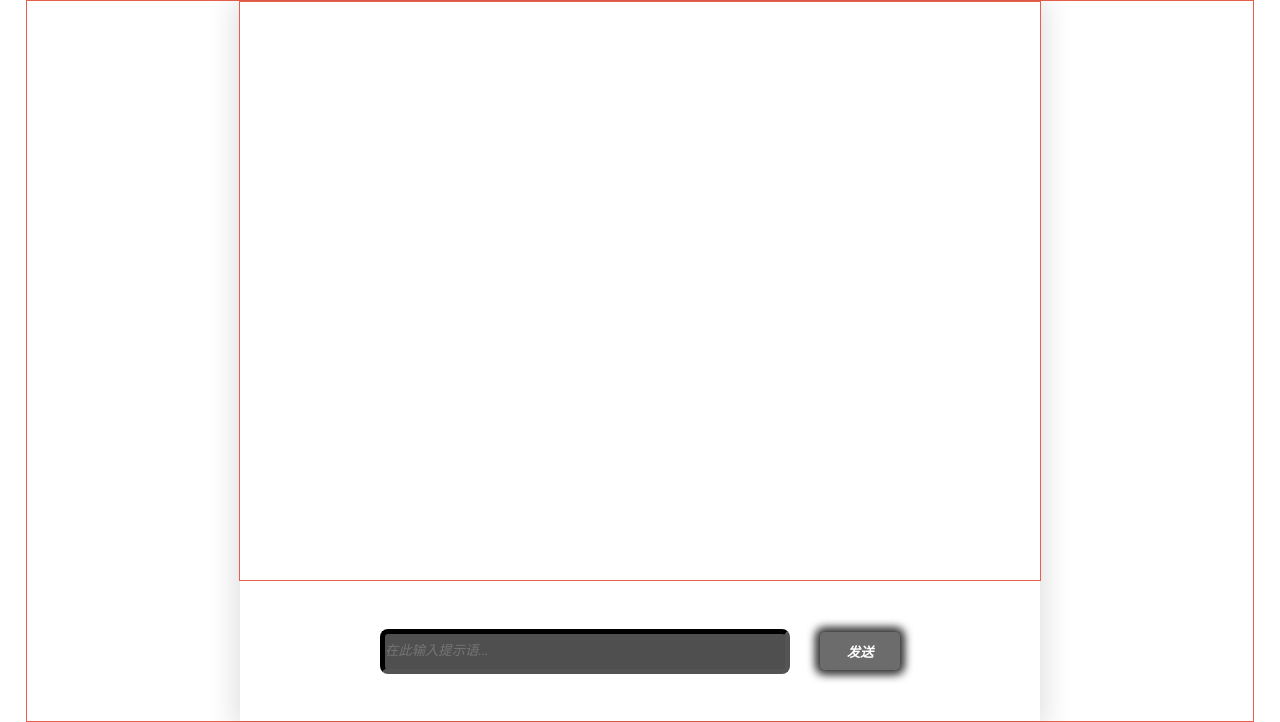
Repository: forFishbonein/chatbot-hao-gpt
Page: / (app in chat-bot-app/)
The author's editor kept a copy of each file at every save. The page is drawn from the files as they stood at one save, then again after the next save.
The browser window is 1280 px wide. The pictures show the whole page.
The project was rebuilt for these pictures with package versions that can differ from the ones it lists, and the page was loaded fresh each time. Also part of the build but not shown: chat-bot-app/vite.config.js, chat-bot-app/src/components/background/ParticleAnimation.vue.

Above is the page before, as saved 2023-04-14 09:40:36.

After the next save:
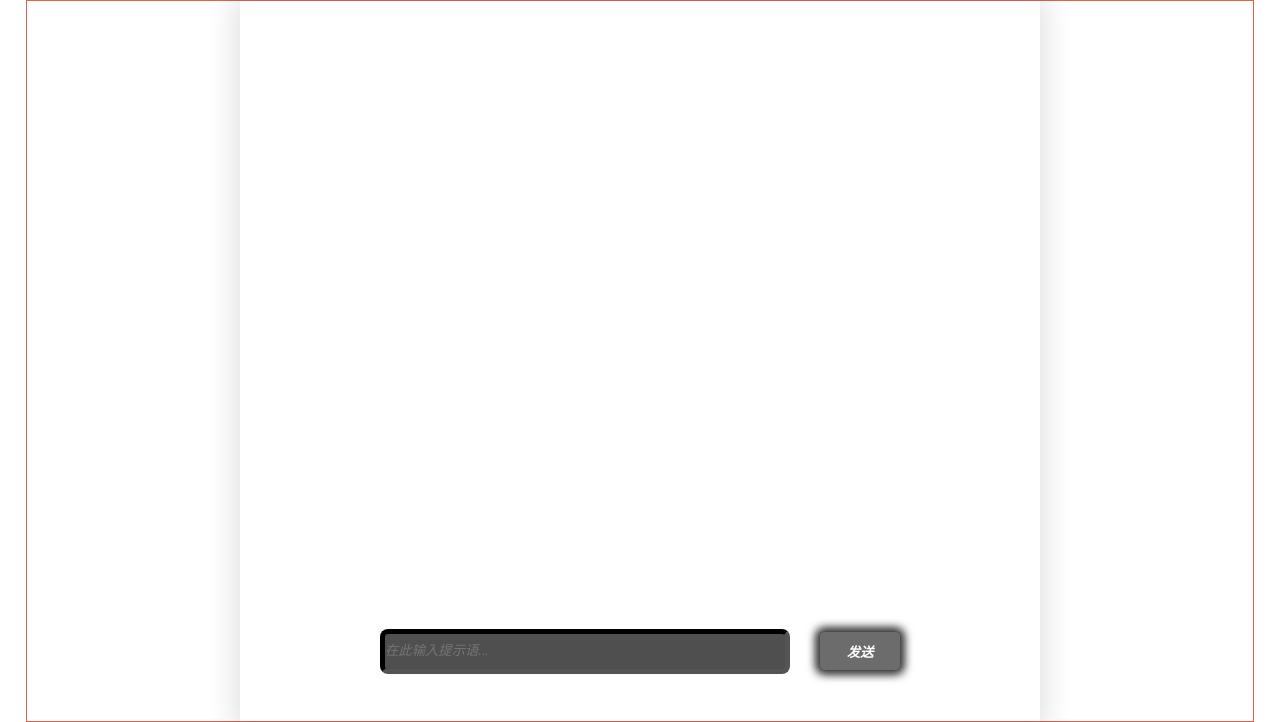
Saved 11 s later.
--- a/chat-bot-app/src/views/Chat.vue
+++ b/chat-bot-app/src/views/Chat.vue
@@ -75,7 +75,7 @@
     width: 800px;
     height: 80%;
     position: relative;
-    border: 1px #e8604c solid;
+    // border: 1px #e8604c solid;
     padding-top: 20px;
 
     .line-block {
